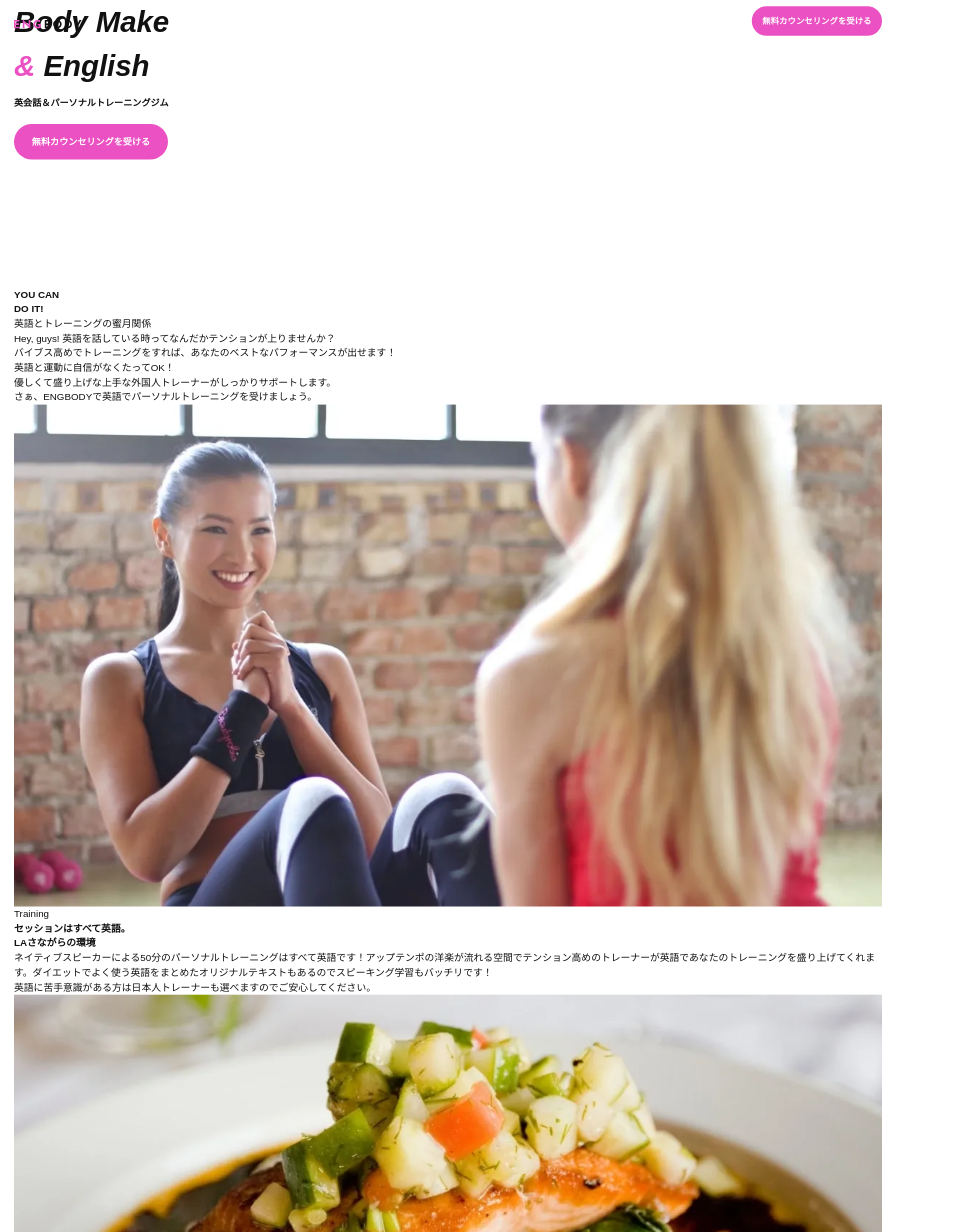
Repository: tetishi/engbody
Page: index.html
These files come from the project's save history. The page is drawn as it stood at one moment and after the next save; the edit follows.
The browser window is 1280 px wide. The page is 1280 px wide, then 1380 px, so the pictures cover 1380 px, including what lies to the right of the window. The pictures show the part of the page from y = 0 to 1760 px (the page is 12355 px tall), at 70% of full size.
The style sheet was rebuilt from its Sass, Less or Tailwind sources for each picture, by a compiler version that may differ from the author's.

Above is the page before, as saved 2023-07-26 00:17:11.

After the next save:
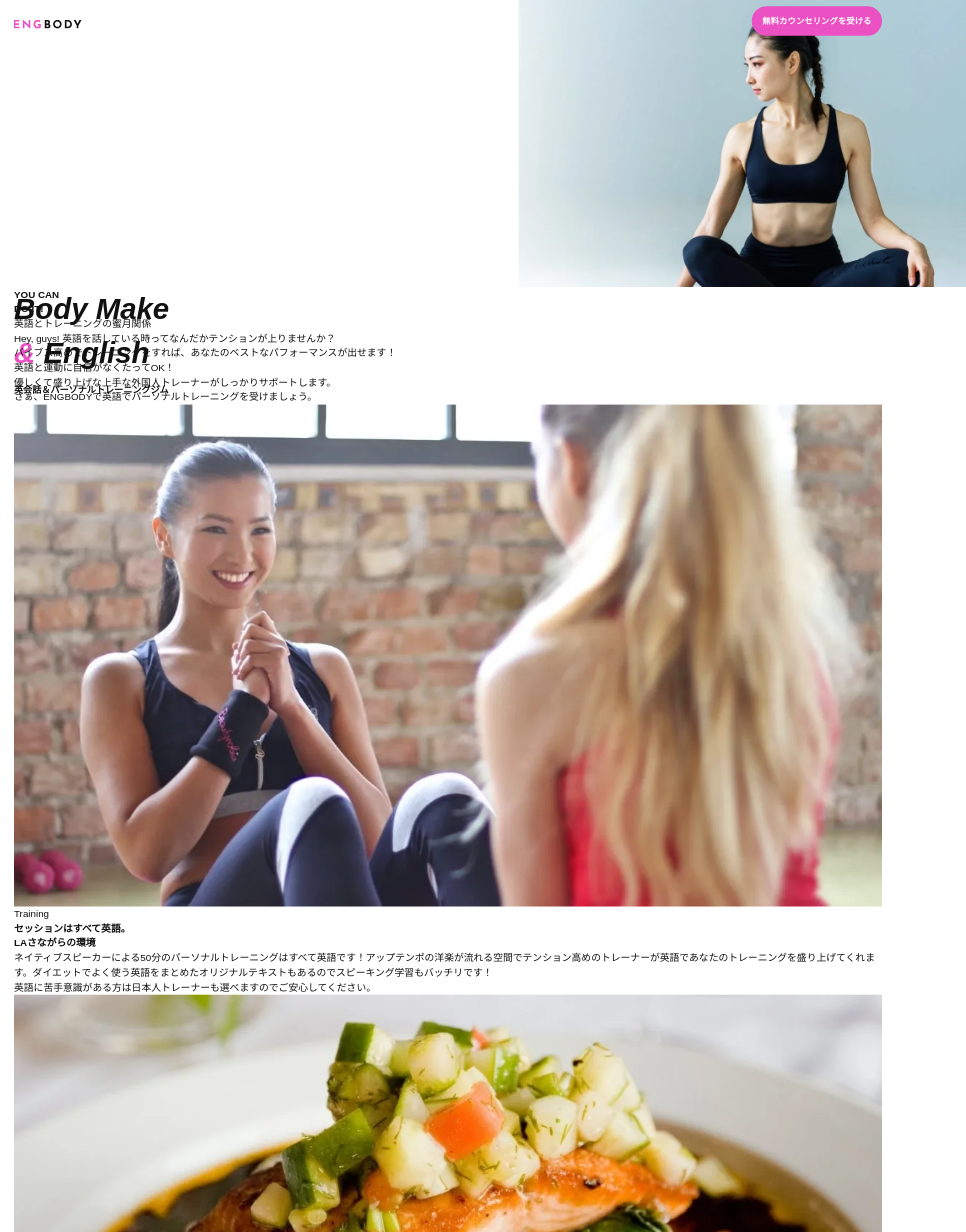
Saved 27 s later.
--- a/css/style.scss
+++ b/css/style.scss
@@ -78,6 +78,8 @@ a {
     border-radius: 0 0 0 50px;
     position: relative;
     left: 100px;
+    height: 410px;
+
 }
 .page-title {
     font-size: 4.2rem;
